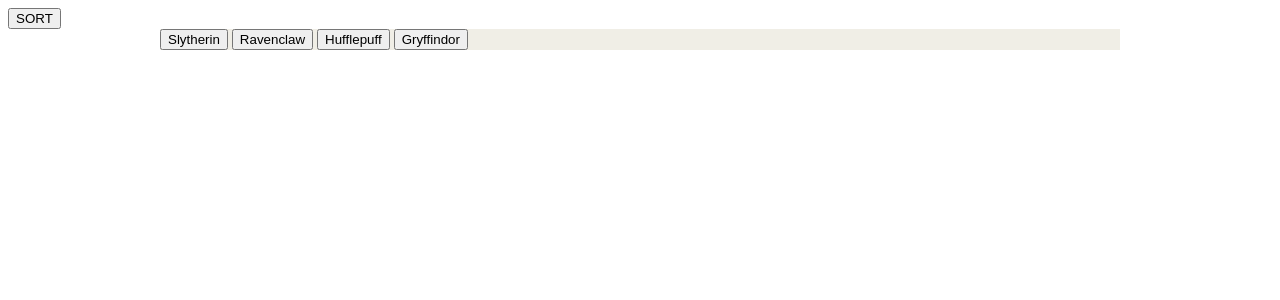
Repository: ZamlZam/INDIVIDUAL-PROJECT-sorting-hat
Page: index.html
These files come from the project's save history. The page is drawn as it stood at one moment and after the next save; the edit follows.
The browser window is 1280 px wide. The pictures show the whole page.

Above is the page before, as saved 2023-05-02 19:55:56.
Console error: ReferenceError: form is not defined

### index.html
<!DOCTYPE html>
<html lang="en">
<head>
  <meta charset="UTF-8">
  <meta http-equiv="X-UA-Compatible" content="IE=edge">
  <meta name="viewport" content="width=device-width, initial-scale=1.0">
  <title>Document</title>
  <link rel ="stylesheet" href="main.css">
</head>
<body>
  <div id="app"></div>
  <div id ="newUser"></div>
  <div id ="expelled"></div>
  <!-- sort button-->
  <button type="sort" class="btn btn-success" id="house-sort">SORT</button>
     <!-- Footer with flex-container -->
    <div class="card-footer">
      <!-- <div class="flex-container"> -->
      <div class="House-btn">
        <button type="button" class= "btn btn-outline-dark" id ='one'>Slytherin</button>
        <button type="button" class="btn btn-outline-dark" id ='two'>Ravenclaw</button>
        <button type="button" class="btn btn-outline-dark" id = 'three'>Hufflepuff</button>
        <button type="button" class="btn btn-outline-dark" id="four">Gryffindor</button>
      </div>
    </div>



    <script src="https://cdn.jsdelivr.net/npm/bootstrap@5.1.3/dist/js/bootstrap.bundle.min.js" integrity="sha384-ka7Sk0Gln4gmtz2MlQnikT1wXgYsOg+OMhuP+IlRH9sENBO0LRn5q+8nbTov4+1p" crossorigin="anonymous"></script>
    <script src="main.js"></script>


</body>
</html>

### main.css
.card-header {
  width: 100%;
  height: 50px;
  background: rgb(170, 141, 12);
  color: rgb(49, 88, 42);
  text-align: center;
  align-items: center;
  font-size: 30px;
  /* display:flex; */
  justify-content: center;
  font-weight:500;
}


.card-body {
  background: rgb(49, 88, 42);
  color: rgb(170, 141, 12);
  text-align: center;
  align-items: center;
}

.card-footer{
  width: 100%;
  max-width: 960px;
  margin: 0 auto;
  background: rgb(240, 238, 230);
  align-items: center;
  /* font-size: 30px; */
}

.Houses{
  display: flex;

}

.button{
  height: 100px;
  width: 100px;
  flex-grow: 1;
  flex-shrink: 1;

}

.one{
  background-color: green;
  color: #0f0f0f;
}

.two{
  background-color: blue;
  color: #946B2D;
}

.three{
  background-color: gold;
  color: #60605C;
}

.four{
  background-color: #740001;
  color: #D3A625;
}

.row{
  display: flex;
}

### main.js
const Houses=[{
  id: 1,
  name: "",
  house: 'Slytherin',

},

{
  id: 2,
  name:"",
  house: 'Ravenclaw',

},

{
id: 3,
name: "",
house: 'Hufflepuff',
imageUrl: ""
},

{
  id: 4,
  name: "",
  house: 'Gryffindor',

},

]

const renderToDom = (divId, htmlToRender) => {
  const selectedDiv = document.querySelector(divId);
  selectedDiv.innerHTML = htmlToRender;
};

const start= ()=>{
   const domString = `<div class="card" style="width: 18rem;" >
       <div class="header">Welcome!</div>
       <div class="body">
       <h5 class="title"> Sorting Hat </h5>
       <p>To continue, please press Sort</p>
       <button class="btn btn-primary" id="sort"> SORT
       </button>
       </div>`;
renderToDom ("#app", domString);
}

//New user card
const userCards = (array) =>{
  let domString ="";
for (user of array){
  domString += `<div class="card" style="width: 18rem;" >
      <div class="body">
      <h5 class="card-title">${user.house}</h5>
      <p class= "card-txt">${user.name}</p>
      <button class="btn btn-danger" id="expel--${user.id}">expel</button>
     </div>
     </div>`;
  renderToDom ("#newUser", domString);
}
}

//expel
const expelCards = (array) =>{
  let domString ="";
  for (user of array) ()=> {
  domString += `<div class="card" style="width: 18rem;" >
      <div class="body">
      <h5 class="card-title">${user.name}</h5>
      <p class= "card-txt"> EXPELLED </p>
     </div>
     </div>`;
   renderToDom ("#expelled", domString);
  }
}


const sort= () =>{

  const random = Math.floor(Math.random() * 4) +1;
  let randomHouse="";

  switch (random){
    case 1:
      randomHouse = "Slytherin";
      break;
    case 2:
       randomHouse = "Ravenclaw";
       break;
    case 3:
      randomHouse ="Hufflepuff";
      break;
    case 4:
      randomHouse = "Gryffindor";
      break;

  }

       const newUserObj ={
       id: Houses.length +1,
       name: document.querySelector('#name').value,
       house: randomHouse,

       }

    Houses.push(newUserObj);
    cardsOnDom(Houses);
    form.reset();

    }
    form.addEventListener('', createPet);

    const app = document.querySelector("#app");

    app.addEventListener('click', (e) => {
      if (e.target.id.includes("delete")) {

        const [, id] = e.target.id.split("--");


        const index = pets.findIndex(e => e.id === Number(id));


        pets.splice(index, 1);


        cardsOnDom(pets);
      }
    });




























const showSlytherinButton = document.querySelector("#one");
const showRavenclawButton = document.querySelector("#two");
const showHufflepuffButton = document.querySelector("#three");
const showGryffindorButton = document.querySelector("#four");


//Add click event to show  on button click using the function we created above
showSlytherinButton.addEventListener('click', () => {
const houseType1 = filter(Houses, 'Slytherin');
cardsOnDom(houseType1);
alert("click");

})
// 3. Add click event to filter  whose favorite pet is dog on button click
showRavenclawButton.addEventListener('click', () => {
const houseType2 = filter(Houses, 'Ravenclaw');
cardsOnDom(houseType2);
alert("click");

});

showHufflepuffButton.addEventListener('click', () => {
const houseType3 = filter(Houses, 'Hufflepuff');
cardsOnDom(houseType3);
alert("click");

});

showGryffindorButton.addEventListener('click', () => {
const houseType4 = filter(Houses, 'Gryffindor');
cardsOnDom(houseType4);
alert("click");

});

const init = () => {
  start();
  userCards();
  expelCards();


};

init();

After the next save:
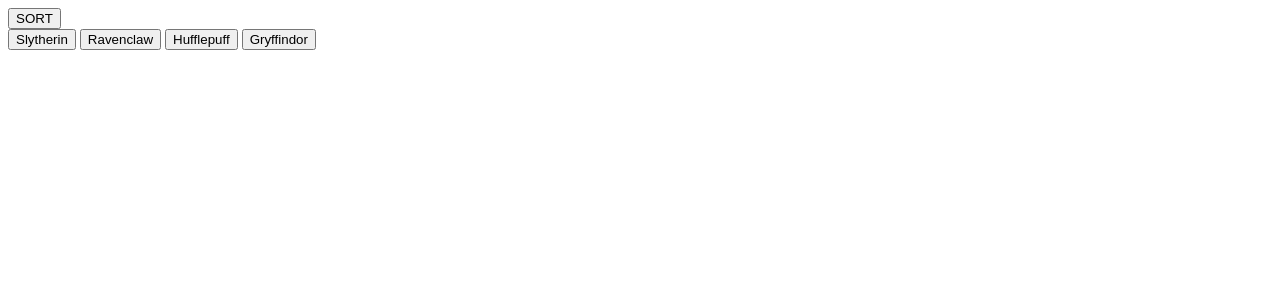
Saved 4 min 0 s later.
--- a/index.html
+++ b/index.html
@@ -13,8 +13,7 @@
   <div id ="expelled"></div>
   <!-- sort button-->
   <button type="sort" class="btn btn-success" id="house-sort">SORT</button>
-     <!-- Footer with flex-container -->
-    <div class="card-footer">
+
       <!-- <div class="flex-container"> -->
       <div class="House-btn">
         <button type="button" class= "btn btn-outline-dark" id ='one'>Slytherin</button>
